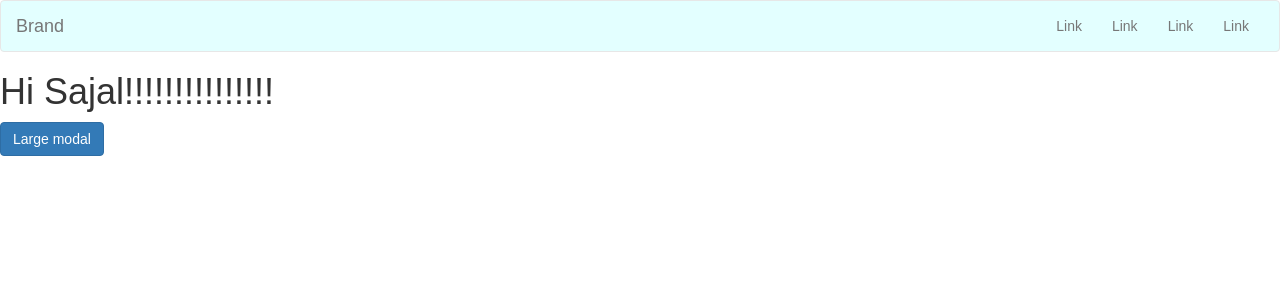
Repository: sajalsinghal7/Recruitment
Page: Template_workplace.html
The author's editor kept a record of every edit. The page is drawn from the files as they stood at one moment, then again after the next edit.
The browser window is 1280 px wide. The pictures show the whole page.

Above is the page before.

### Template_workplace.html
<html>
    <head>
    <meta charset="utf-8">
    <meta http-equiv="X-UA-Compatible" content="IE=edge">
    <meta name="viewport" content="width=device-width, initial-scale=1">
    <!-- The above 3 meta tags *must* come first in the head; any other head content must come *after* these tags -->

    <!-- Bootstrap -->
    <link href="css/bootstrap.min.css" rel="stylesheet">

    <!-- HTML5 shim and Respond.js for IE8 support of HTML5 elements and media queries -->
    <!-- WARNING: Respond.js doesn't work if you view the page via file:// -->
    <!--[if lt IE 9]>
      <script src="https://oss.maxcdn.com/html5shiv/3.7.3/html5shiv.min.js"></script>
      <script src="https://oss.maxcdn.com/respond/1.4.2/respond.min.js"></script>
    <![endif]-->
        <link rel="import" href="External_CSS_HEAD_Google_ASAP_Font">
        <link rel="import" href="External_HTML_HEAD_Google_Font_ASAP">
        <link rel="stylesheet" type="text/css" href="External_CSS_HEAD_Google_ASAP_Font.css">
    </head>
    <body>




  <nav class="navbar navbar-default" style="background-color: #e3ffff;">
  <div class="container-fluid">
    <!-- Brand and toggle get grouped for better mobile display -->
    <div class="navbar-header">
      <button type="button" class="navbar-toggle collapsed" data-toggle="collapse" data-target="#bs-example-navbar-collapse-1" aria-expanded="false">
        <span class="sr-only">Toggle navigation</span>
        <span class="icon-bar"></span>
        <span class="icon-bar"></span>
        <span class="icon-bar"></span>
      </button>
      <a class="navbar-brand" href="#">Brand</a>
    </div>

    <!-- Collect the nav links, forms, and other content for toggling -->
    <div class="collapse navbar-collapse" id="bs-example-navbar-collapse-1">
      <ul class="nav navbar-nav navbar-right">
        <li><a href="#">Link</a></li>
        <li><a href="#">Link</a></li>
        <li><a href="#">Link</a></li>
        <li><a href="#">Link</a></li>
      </ul>
    </div><!-- /.navbar-collapse -->
  </div><!-- /.container-fluid -->
</nav>












    <h1>Hi Sajal!!!!!!!!!!!!!!!</h1>


<!-- Large modal -->
<button type="button" class="btn btn-primary" data-toggle="modal" data-target=".bs-example-modal-lg">Large modal</button>







<div id="id01" class="modal">

  <form class="modal-content animate" action="/action_page.php">
    <div class="imgcontainer">
      <span onclick="document.getElementById('id01').style.display='none'" class="close" title="Close Modal">&times;</span>
      <img src="img_avatar2.png" alt="Avatar" class="avatar">
    </div>

    <div class="container">
      <label><b>Username</b></label>
      <input type="text" placeholder="Enter Username" name="uname" required>

      <label><b>Password</b></label>
      <input type="password" placeholder="Enter Password" name="psw" required>

      <button type="submit">Login</button>
      <input type="checkbox" checked="checked"> Remember me
    </div>

    <div class="container" style="background-color:#f1f1f1">
      <button type="button" onclick="document.getElementById('id01').style.display='none'" class="cancelbtn">Cancel</button>
      <span class="psw">Forgot <a href="#">password?</a></span>
    </div>
  </form>
</div>















        <link rel="import" href="External_HTML_BODY_Bootstrap_Footer.html">
    </body>
</html>

### External_CSS_HEAD_Google_ASAP_Font.css
body {
    font-family: 'Asap', sans-serif;
}

Loaded but not shown: css/bootstrap.min.css (library)

After the next edit:
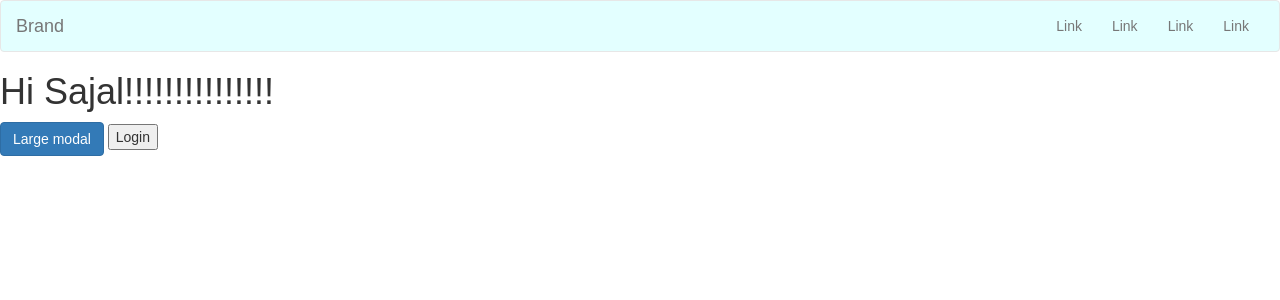
The edit:
--- a/Template_workplace.html
+++ b/Template_workplace.html
@@ -69,7 +69,7 @@
 
 
 
-
+<button onclick="document.getElementById('id01').style.display='block'" style="width:auto;">Login</button>
 
 <div id="id01" class="modal">
 
